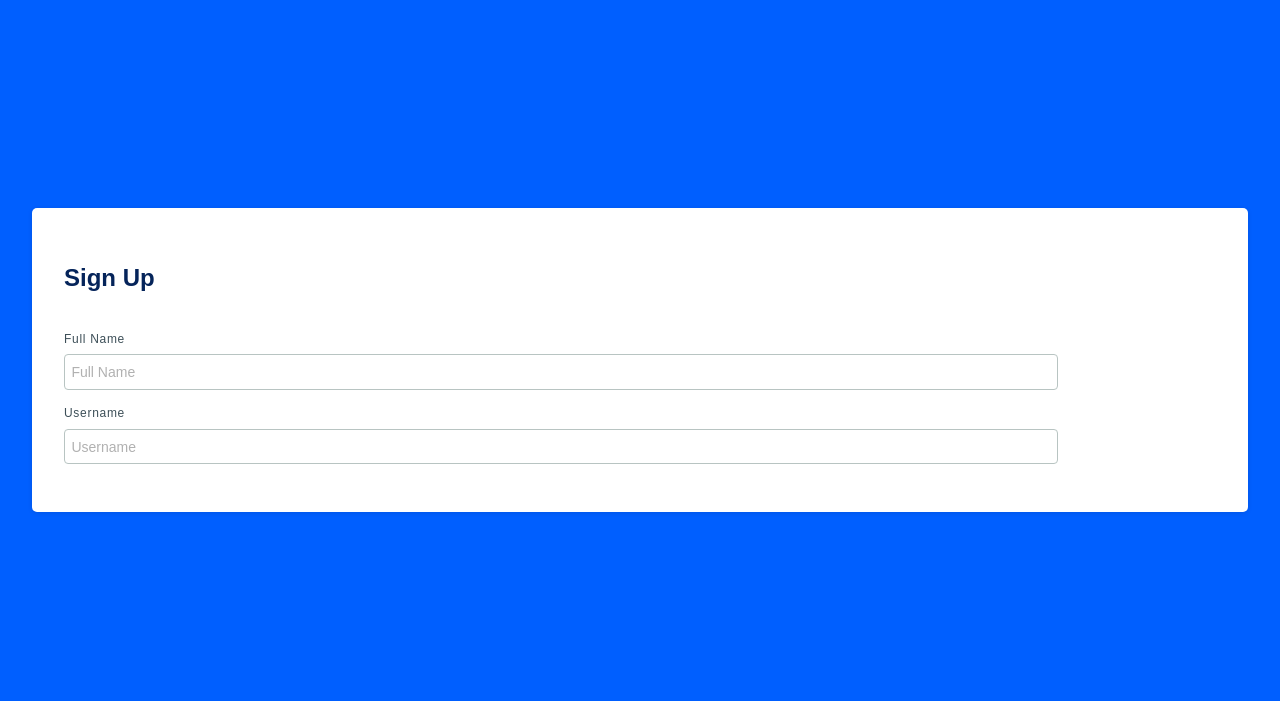
Repository: hugojaimeb/loud-app
Page: / (app in client/)
These files come from the project's save history. The page is drawn as it stood at one moment and after the next save; the edit follows.
The browser window is 1280 px wide. The pictures show the whole page.
The project was rebuilt for these pictures with package versions that can differ from the ones it lists, and the page was loaded fresh each time. Also part of the build but not shown: client/src/components/ChannelContainer.jsx, client/src/components/ChannelListContainer.jsx, client/src/components/ChannelSearch.jsx, client/src/components/TeamChannelList.jsx, client/src/components/TeamChannelPreview.jsx. Imported but missing from the stored project, and not drawn on this page: client/src/assets.

Above is the page before, as saved 2022-10-31 17:17:03.

### client/public/index.html
<!DOCTYPE html>
<html lang="en">
  <head>
    <meta charset="utf-8" />
    <link rel="icon" href="%PUBLIC_URL%/favicon.ico" />
    <meta name="viewport" content="width=device-width, initial-scale=1" />
    <meta name="theme-color" content="#000000" />
    <meta
      name="description"
      content="Web site created using create-react-app"
    />
    <link rel="apple-touch-icon" href="%PUBLIC_URL%/logo192.png" />
    <link rel="manifest" href="%PUBLIC_URL%/manifest.json" />

    <title>Loud App</title>
  </head>
  <body>
    <noscript>You need to enable JavaScript to run this app.</noscript>
    <div id="root"></div>
  </body>
</html>

### client/src/App.jsx
import React from "react";
import { StreamChat } from "stream-chat";
import { Chat } from "stream-chat-react";
import Cookies from "universal-cookie";
import { ChannelListContainer, ChannelContainer, Auth } from "./components";
import "./App.css";

const apiKey = "fknks3geb37j";

const client = StreamChat.getInstance(apiKey);

const authToken = false;

const App = () => {
  if (!authToken) return <Auth />;
  return (
    <div className="app__wrapper">
      <Chat client={client} theme="team light">
        <ChannelListContainer />
        <ChannelContainer />
      </Chat>
    </div>
  );
};

export default App;

### client/src/components/Auth.jsx
import React, { useState } from "react";
import Cookies from "universal-cookie";
import axios from "axios";

import signinImage from "../assets/signup.jpg";
function Auth() {
  const [isSignup, setIsSignup] = useState(true);
  const handleChange = () => {};
  return (
    <div className="auth__form-container">
      <div className="auth__form-container_fields">
        <div className="auth__form-container_fields-content">
          <p>{isSignup ? "Sign Up" : "Sign In"}</p>
          <form onSubmit={() => {}}>
            {isSignup && (
              <div className="auth__form-container_fields-content_input">
                <label htmlFor="fullname">Full Name</label>
                <input
                  name="fullName"
                  type="text"
                  placeholder="Full Name"
                  onChange={handleChange}
                  required
                />
              </div>
            )}
            <div className="auth__form-container_fields-content_input">
              <label htmlFor="username">Username</label>
              <input
                name="username"
                type="text"
                placeholder="Username"
                onChange={handleChange}
                required
              />
            </div>
          </form>
        </div>
      </div>
    </div>
  );
}

export default Auth;

Loaded but not shown: client/src/index.js (common file); client/src/components/index.js (6 lines, source omitted); client/src/App.css (1826 lines, source omitted)

After the next save:
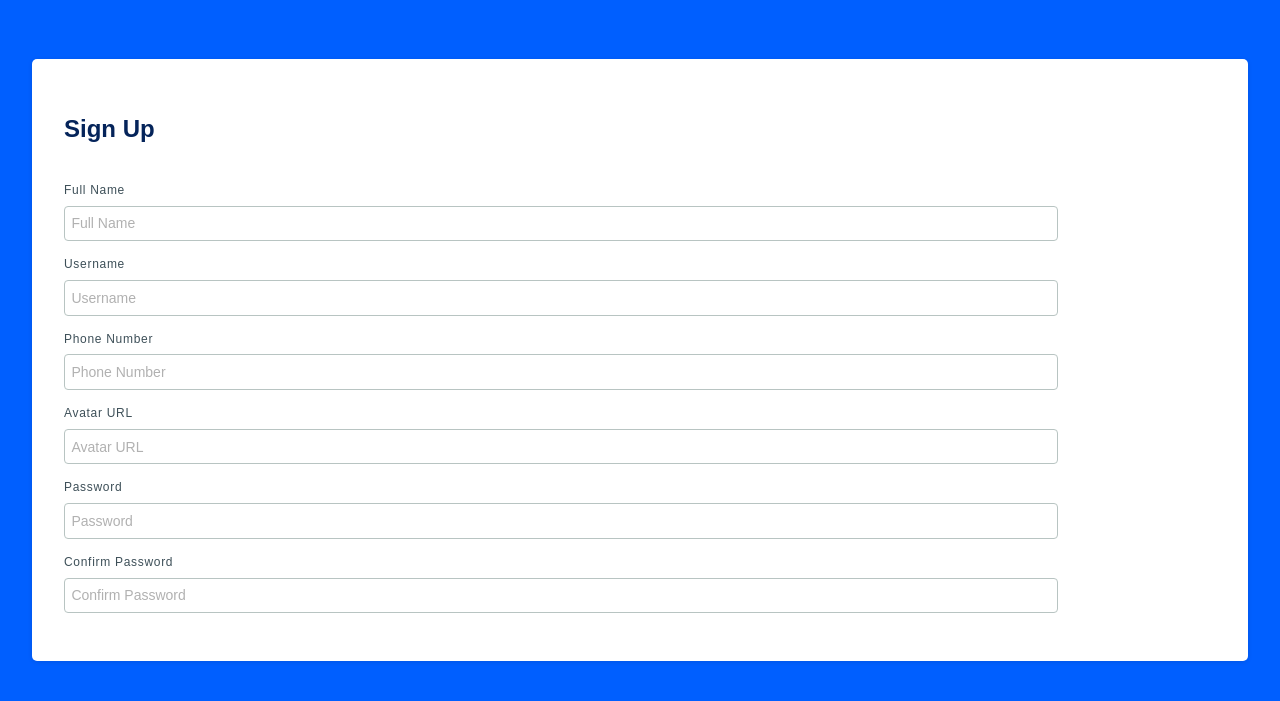
Saved 4 min 19 s later.
--- a/client/src/components/Auth.jsx
+++ b/client/src/components/Auth.jsx
@@ -34,6 +34,52 @@ function Auth() {
                 required
               />
             </div>
+            {isSignup && (
+              <div className="auth__form-container_fields-content_input">
+                <label htmlFor="phonenumber">Phone Number</label>
+                <input
+                  name="phonenumber"
+                  type="text"
+                  placeholder="Phone Number"
+                  onChange={handleChange}
+                  required
+                />
+              </div>
+            )}
+            {isSignup && (
+              <div className="auth__form-container_fields-content_input">
+                <label htmlFor="avatarURL">Avatar URL</label>
+                <input
+                  name="avatarURL"
+                  type="text"
+                  placeholder="Avatar URL"
+                  onChange={handleChange}
+                  required
+                />
+              </div>
+            )}
+            <div className="auth__form-container_fields-content_input">
+              <label htmlFor="password">Password</label>
+              <input
+                name="password"
+                type="password"
+                placeholder="Password"
+                onChange={handleChange}
+                required
+              />
+            </div>
+            {isSignup && (
+              <div className="auth__form-container_fields-content_input">
+                <label htmlFor="">Confirm Password</label>
+                <input
+                  name="confirmPassword"
+                  type="text"
+                  placeholder="Confirm Password"
+                  onChange={handleChange}
+                  required
+                />
+              </div>
+            )}
           </form>
         </div>
       </div>
